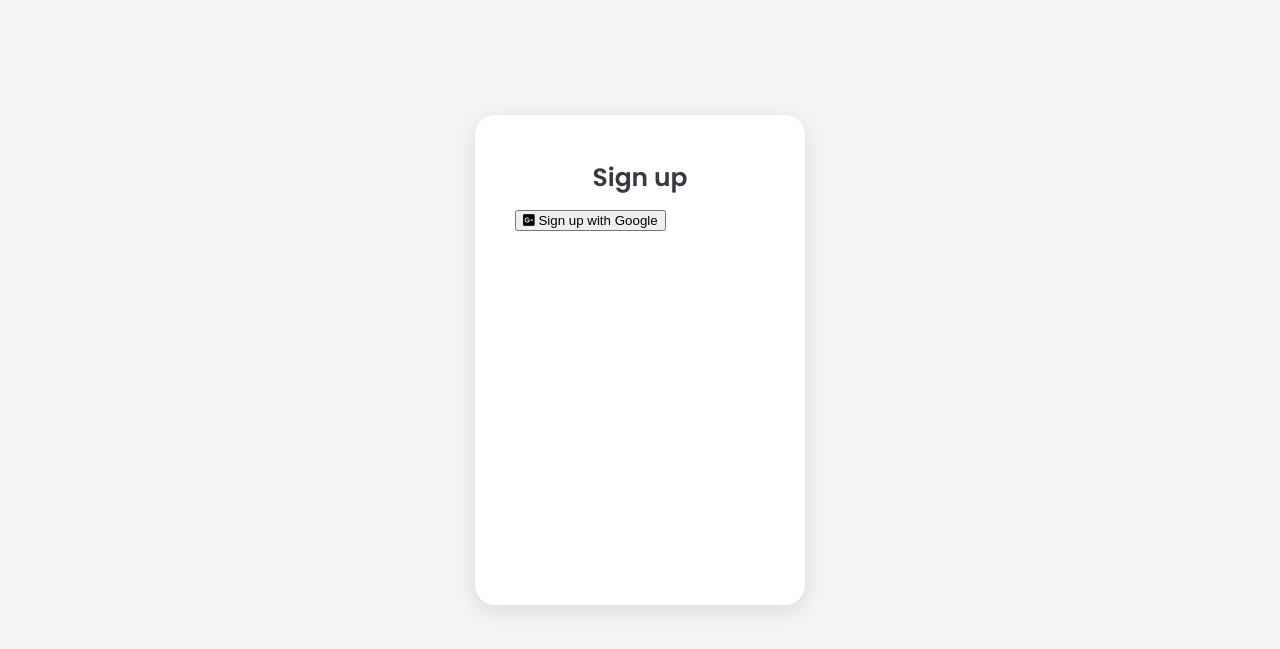
Repository: TranMinhMan040702/practice_html-css
Page: form-login/index.html
An editor plug-in stored every save of this project. The page is shown before and after the next save, followed by the edit.
The browser window is 1280 px wide. The pictures show the whole page.
Some web libraries are served in a nearby version.

Above is the page before, as saved 2022-08-24 12:49:22.

### form-login/index.html
<!DOCTYPE html>
<html lang="en">
<head>
    <meta charset="UTF-8">
    <meta http-equiv="X-UA-Compatible" content="IE=edge">
    <meta name="viewport" content="width=device-width, initial-scale=1.0">
    <link href="https://fonts.googleapis.com/css2?family=Poppins:wght@300;400;600&display=swap" rel="stylesheet">
    <link rel="stylesheet" href="https://cdnjs.cloudflare.com/ajax/libs/font-awesome/6.1.2/css/all.min.css" integrity="sha512-1sCRPdkRXhBV2PBLUdRb4tMg1w2YPf37qatUFeS7zlBy7jJI8Lf4VHwWfZZfpXtYSLy85pkm9GaYVYMfw5BC1A==" crossorigin="anonymous" referrerpolicy="no-referrer" />
    <title>Sign up</title>
    <link rel="stylesheet" href="reset.css">
    <link rel="stylesheet" href="main.css">
</head>
<body>
    <div class="singup">
        <div class="signup-heading">
            <h1>Sign up</h1>
        </div>
        <button class="signup-button">
            <i class="fa-brands fa-square-google-plus signup-icon"></i>
            <span class="signup-text">
                Sign up with Google
            </span>
        </button>
    </div>
</body>
</html>

### form-login/reset.css
html,
body,
div,
span,
applet,
object,
iframe,
h1,
h2,
h3,
h4,
h5,
h6,
p,
blockquote,
pre,
a,
abbr,
acronym,
address,
big,
cite,
code,
del,
dfn,
em,
img,
ins,
kbd,
q,
s,
samp,
small,
strike,
strong,
sub,
sup,
tt,
var,
b,
u,
i,
center,
dl,
dt,
dd,
ol,
ul,
li,
fieldset,
form,
label,
legend,
table,
caption,
tbody,
tfoot,
thead,
tr,
th,
td,
article,
aside,
canvas,
details,
embed,
figure,
figcaption,
footer,
header,
hgroup,
menu,
nav,
output,
ruby,
section,
summary,
time,
mark,
audio,
video {
  margin: 0;
  padding: 0;
  border: 0;
  font-size: 100%;
  font: inherit;
  vertical-align: baseline;
}
/* HTML5 display-role reset for older browsers */
article,
aside,
details,
figcaption,
figure,
footer,
header,
hgroup,
menu,
nav,
section {
  display: block;
}
body {
  line-height: 1;
}
ol,
ul {
  list-style: none;
}
blockquote,
q {
  quotes: none;
}
blockquote:before,
blockquote:after,
q:before,
q:after {
  content: "";
  content: none;
}
table {
  border-collapse: collapse;
  border-spacing: 0;
}

### form-login/main.css
html {
    font-size: 62.5%;
    font-family: "Poppins", sans-serif;
}

* {
    box-sizing: border-box;
}

body {
    width: 100%;
    height: 100vh;
    background-color: #f2f3f5;
    display: flex;
    justify-content: center;
    align-items: center;
}

.singup {
    max-width: 330px;
    width: 100%;
    height: 490px;
    background-color: #fff;
    padding: 50px 40px;
    border-radius: 20px;
    box-shadow: 0px 5px 20px rgba(0, 0, 0, 0.1);
}

.signup-heading {
    font-size: 2.5rem;
    font-weight: 600;
    color: #363a3f;
    text-align: center;
    margin-bottom: 20px;
}

.signup-button {

}

.signup-icon {

}

.signup-text {

}

After the next save:
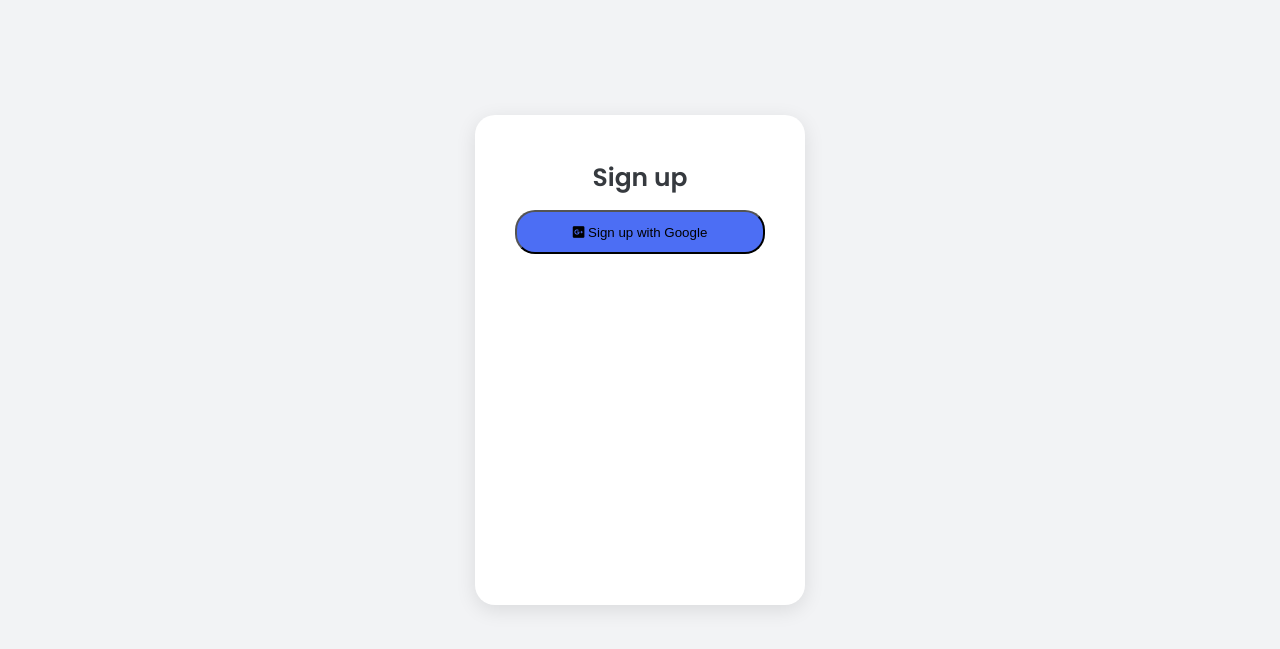
Saved 70 s later.
--- a/form-login/main.css
+++ b/form-login/main.css
@@ -35,7 +35,10 @@ body {
 }
 
 .signup-button {
-
+    width: 100%;
+    height: 44px;
+    border-radius: 20px;
+    background-color: #4c6ef4;
 }
 
 .signup-icon {
